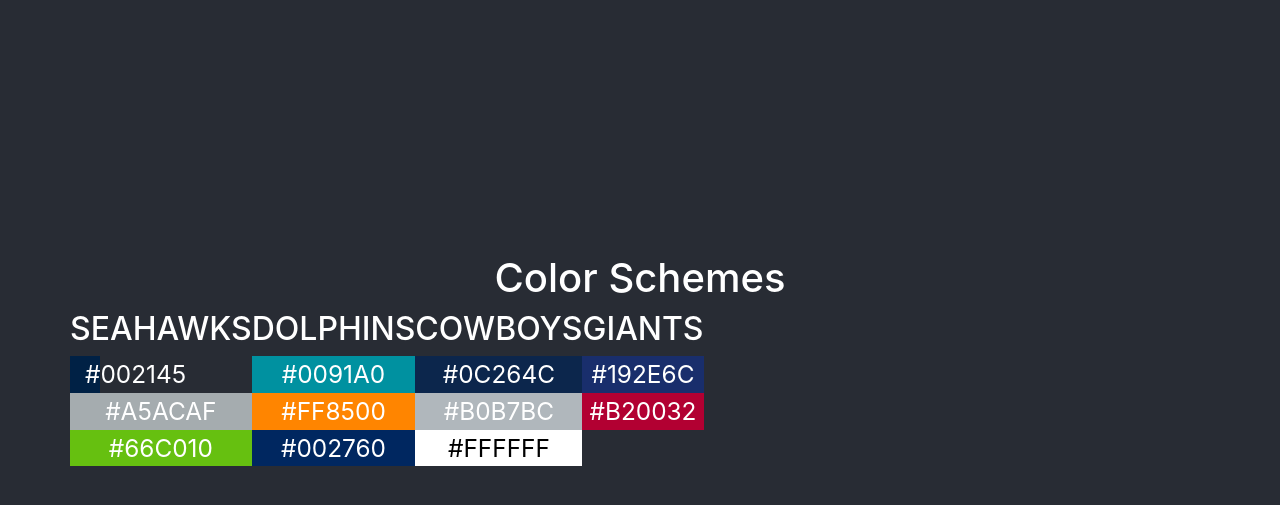
Repository: MikeTroianello/troianello.co
Page: /
The author's editor kept a copy of each file at every save. The page is drawn from the files as they stood at one save, then again after the next save.
The browser window is 1280 px wide. The pictures show the whole page.
The project was rebuilt for these pictures with package versions that can differ from the ones it lists, and the page was loaded fresh each time.

Above is the page before, as saved 2019-06-24 17:48:57.

### src/App.js
import React from 'react';

import './App.css';

function App() {
  return (
    <div className='App'>
      <header className='App-header'>
        <h1>Color Schemes</h1>
        <div className='container'>
          <div className='row'>
            <div className='teams seahawks'>
              <h2>SEAHAWKS</h2>
              <div className='col-1 s-blue'>#002145</div>
              <div className='s-gray'>#A5ACAF</div>
              <div className='s-green'>#66C010</div>
            </div>
            <div className='teams dolphins'>
              <h2>DOLPHINS</h2>
              <div className='d-aqua'>#0091A0</div>
              <div className='d-orange'>#FF8500</div>
              <div className='d-dark-blue'>#002760</div>
            </div>
            <div className='teams cowboys'>
              <h2>COWBOYS</h2>
              <div className='c-blue'>#0C264C</div>
              <div className='c-gray'>#B0B7BC</div>
              <div className='c-white'>#FFFFFF</div>
            </div>
            <div className='teams giants'>
              <h2>GIANTS</h2>
              <div className='g-blue'>#192E6C</div>
              <div className='g-red'>#B20032</div>
            </div>
          </div>
        </div>
      </header>
    </div>
  );
}

export default App;

### src/App.css
.App {
  text-align: center;
}

.App-logo {
  animation: App-logo-spin infinite 20s linear;
  height: 40vmin;
  pointer-events: none;
}

.App-header {
  background-color: #282c34;
  min-height: 100vh;
  display: flex;
  flex-direction: column;
  align-items: center;
  justify-content: center;
  font-size: calc(10px + 2vmin);
  color: white;
}

.App-link {
  color: #61dafb;
}

@keyframes App-logo-spin {
  from {
    transform: rotate(0deg);
  }
  to {
    transform: rotate(360deg);
  }
}

/* .teams {
  height: 100%;
  width: 80%;
  padding: 5% 10%;
} */

/* .teams > div {
  height: 100%;
  width: 80%;
  padding: 5% 10%;
} */

.container {
  height: 50%;
}

.s-blue {
  background-color: #002145;
}

.s-gray {
  background-color: #a5acaf;
}

.s-green {
  background-color: #66c010;
}

.d-aqua {
  background-color: #0091a0;
}
.d-orange {
  background-color: #ff8500;
}
.d-dark-blue {
  background-color: #002760;
}

.c-blue {
  background-color: #0c264c;
}

.c-gray {
  background-color: #b0b7bc;
}

.c-white {
  background-color: #ffffff;
  color: #000000;
}

.g-blue {
  background-color: #192e6c;
}

.g-red {
  background-color: #b20032;
}

Loaded but not shown: public/index.html (common file); src/index.js (common file); src/index.css (common file); src/serviceWorker.js (common file)

After the next save:
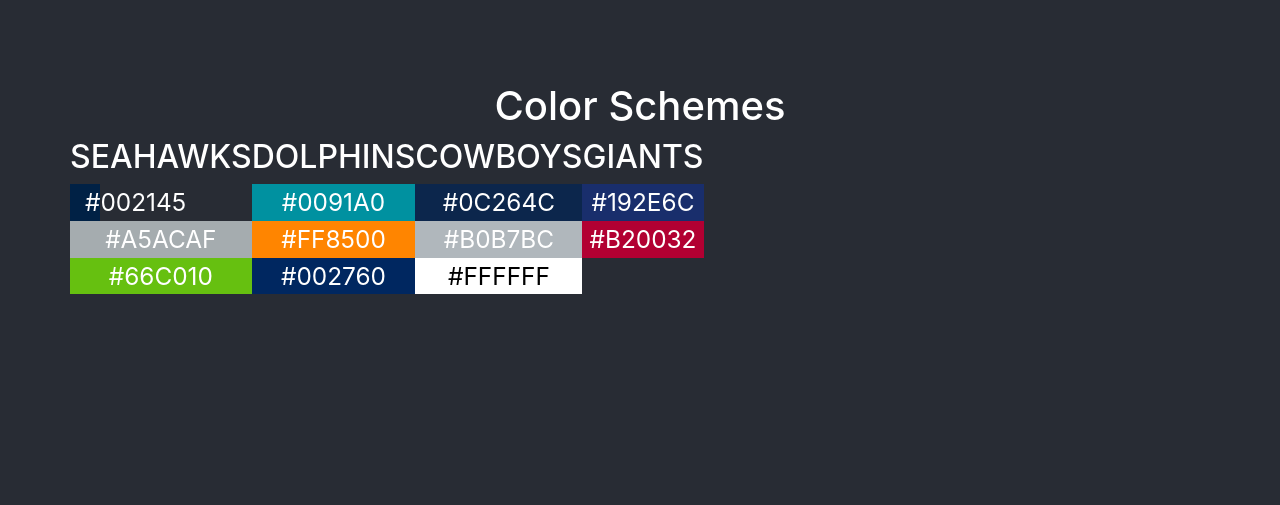
Saved 12 s later.
--- a/src/App.css
+++ b/src/App.css
@@ -45,7 +45,7 @@
 } */
 
 .container {
-  height: 50%;
+  height: 500px;
 }
 
 .s-blue {
